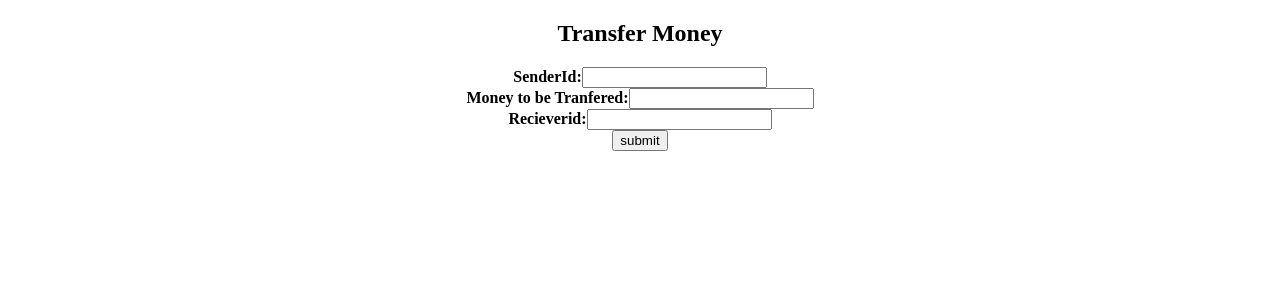
Repository: BarnalaManognaram/sparxintern
Page: sparx_internship/sparx/src/main/webapp/transfer.html
These files come from the project's save history. The page is drawn as it stood at one moment and after the next save; the edit follows.
The browser window is 1280 px wide. The pictures show the whole page.

Above is the page before, as saved 2021-09-16 16:44:46.

After the next save:
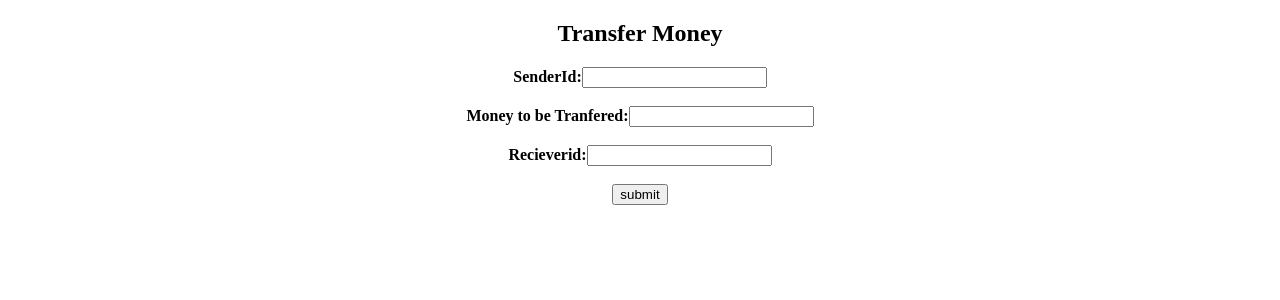
Saved 24 s later.
--- a/sparx_internship/sparx/src/main/webapp/transfer.html
+++ b/sparx_internship/sparx/src/main/webapp/transfer.html
@@ -7,10 +7,10 @@
 <body>
   <center>
    <h2>Transfer Money</h2>
-    <b>SenderId:</b><input type="text" name="sid" /><br>
-    <b>Money to be Tranfered:</b><input type="text" name="tm"/><br>
-    <b>Recieverid:</b><input type="text" name="rid"/><br>
-    <input type="button" value="submit"/><br>
+    <b>SenderId:</b><input type="text" name="sid" /><br><br>
+    <b>Money to be Tranfered:</b><input type="text" name="tm"/><br><br>
+    <b>Recieverid:</b><input type="text" name="rid"/><br><br>
+    <input type="button" value="submit"/><br><br>
   </center>
 </body>
 </html>
